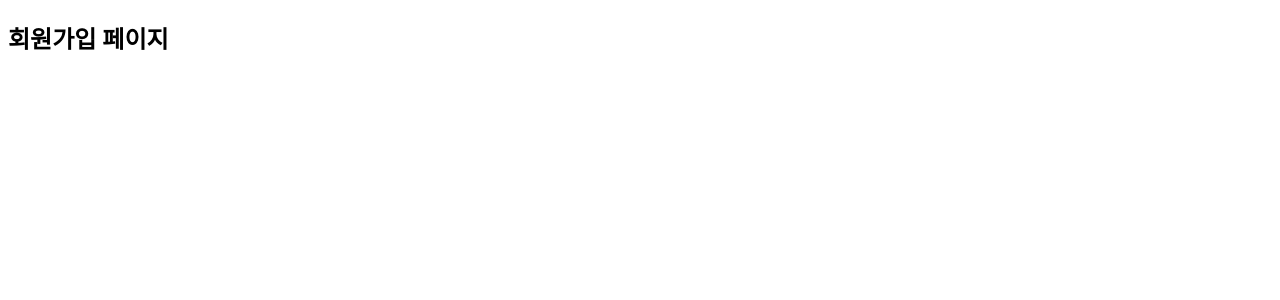
Repository: lsh5039/dcuMentoring
Page: http://localhost/test/join
These files come from the project's save history. The page is drawn as it stood at one moment and after the next save; the edit follows.
The browser window is 1280 px wide. The pictures show the whole page.
The page is served by Tomcat 9.

Above is the page before, as saved 2021-05-03 10:48:03.

After the next save:
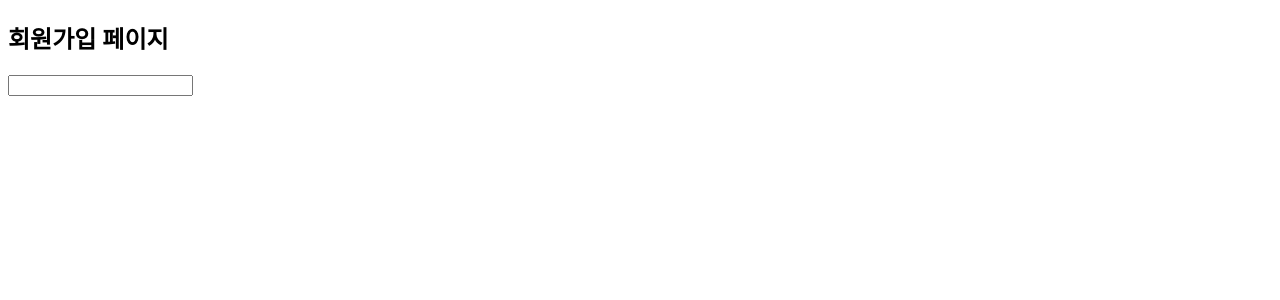
Saved 22 s later.
--- a/test/WebContent/WEB-INF/views/join.jsp
+++ b/test/WebContent/WEB-INF/views/join.jsp
@@ -9,7 +9,7 @@
 <body>
 	<h2>회원가입 페이지</h2>
 	<form>
-
+		<div><input type="text"></div>
 
 
 
